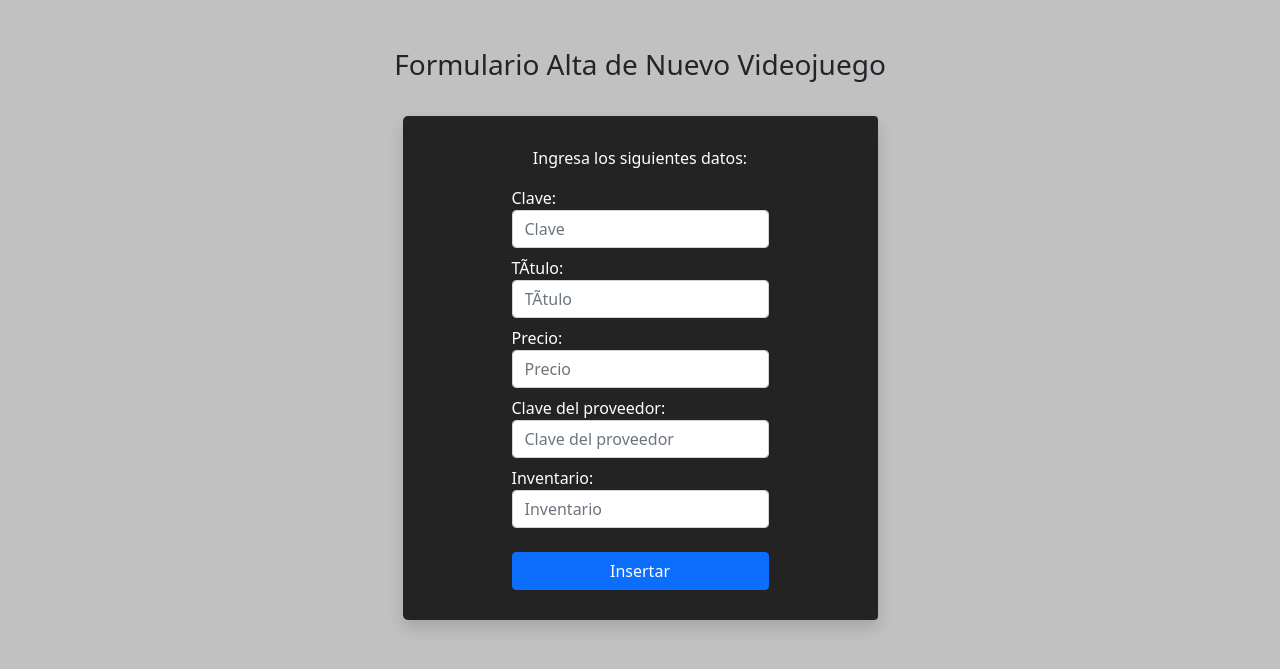
Repository: Jatziri16/JavaEE
Page: http://localhost/TiendaVideojuegos/FormularioInsertarVideojuego.jsp
These files come from the project's save history. The page is drawn as it stood at one moment and after the next save; the edit follows.
The browser window is 1280 px wide. The pictures show the whole page.
The page is served by Tomcat 9.

Above is the page before, as saved 2023-12-06 22:34:43.

After the next save:
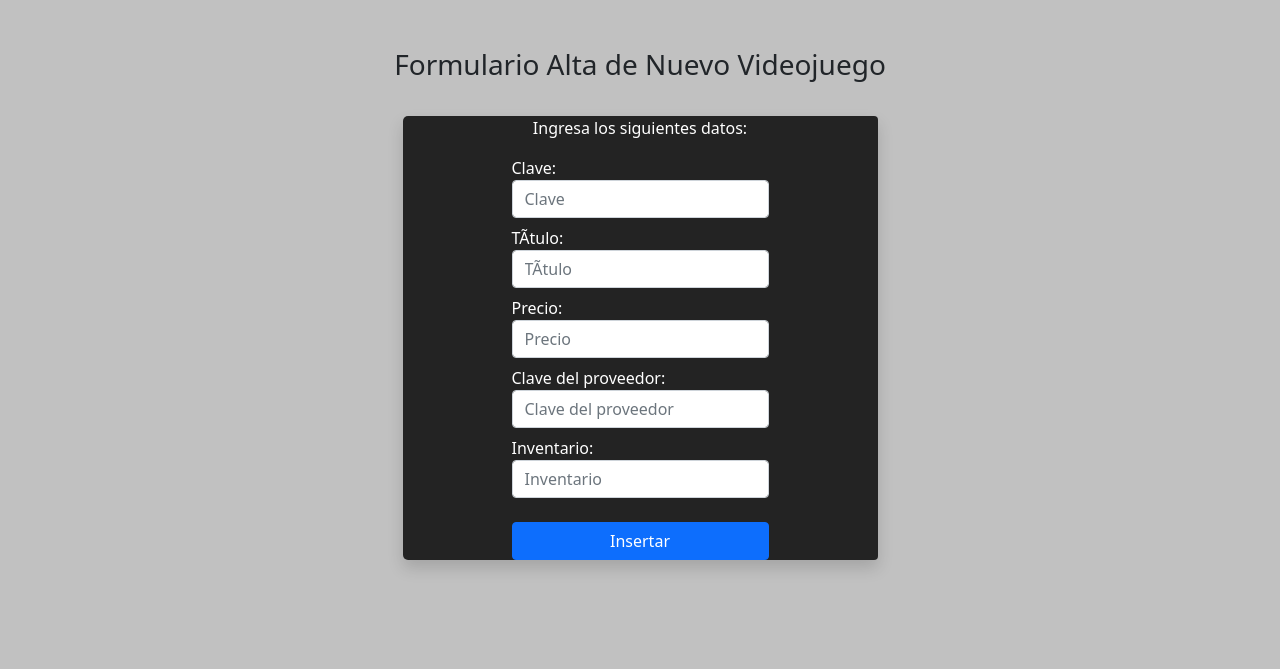
Saved 10 s later.
--- a/TiendaVideojuegos/src/main/webapp/css/style.css
+++ b/TiendaVideojuegos/src/main/webapp/css/style.css
@@ -30,7 +30,7 @@
     background-size: cover;
     background-color: rgba(20, 20, 20, 0.908);
 	border-radius: 5px;
-    padding: 30px 50px;
+    padding: 0px 50px;
     color: white;
 }
 .warning-container
